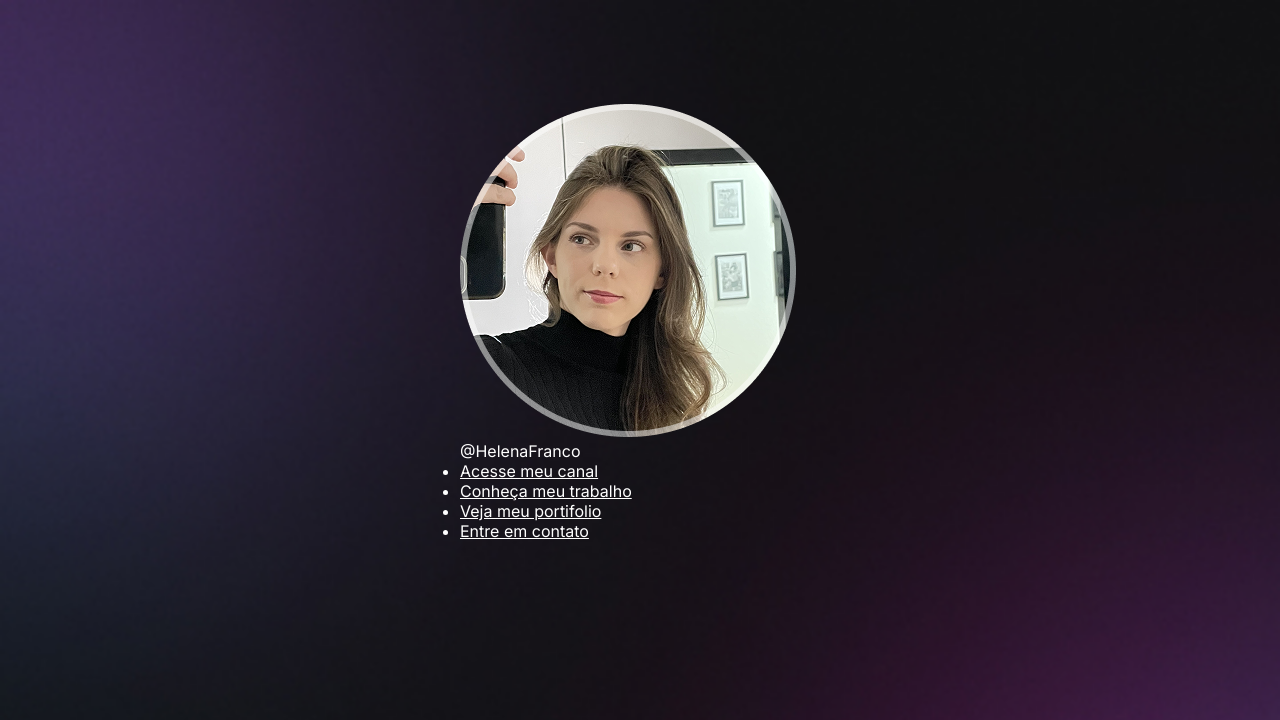
Repository: Fr4nc021/Pagina-de-links-
Page: index.html
These files come from the project's save history. The page is drawn as it stood at one moment and after the next save; the edit follows.
The browser window is 1280 px wide. The pictures show the whole page.

Above is the page before, as saved 2025-02-07 17:31:18.

### index.html
<!DOCTYPE html>
<html lang="pt-br">
<head>
    <link rel="preconnect" href="https://fonts.googleapis.com">
    <link rel="preconnect" href="https://fonts.gstatic.com" crossorigin>
    <link href="https://fonts.googleapis.com/css2?family=Inter:ital,opsz,wght@0,14..32,100..900;1,14..32,100..900&display=swap" rel="stylesheet">
    <meta charset="UTF-8">
    <meta name="viewport" content="width=device-width, initial-scale=1.0">
    <title>DevLinks</title>
    <link rel="stylesheet" href="style.css">
</head>
<body>
    <div id="container">
    <div id="profile"></div>
    <img
        src="./assets/avatar.png"
        alt="Foto da Helena Franco sorrindo">
        <p>@HelenaFranco</p>
    <div>
        <ul>
            <li>
                <a href="#">Acesse meu canal</a>
            </li>
            <li>
                <a href="#">Conheça meu trabalho</a>
            </li>
            <li>
                <a href="#">Veja meu portifolio</a>
            </li>
            <li>
                <a href="#">Entre em contato</a>
            </li>
        </ul>
    </div>
    </div>
    </div>
</body>
</html>

### style.css
* {
    margin: 0%;
    padding: 0%;
    box-sizing: border-box;
}


body {
background: url(./assets/bg-mobile.jpg) no-repeat top center/cover;
}

body * {
        font-family: "Inter", sans-serif;
        color: #ffffff
      }

#container {
    width: 360px;
    margin: 56px auto 0px
}

#profile img {
    width: 112px;
    display: block;
    margin: auto;

}

#profile {
    text-align: center;
    padding: 24px;
}

#profile p {
    font-weight: 500;
    line-height: 24px;
    margin-top: 8px;
}

After the next save:
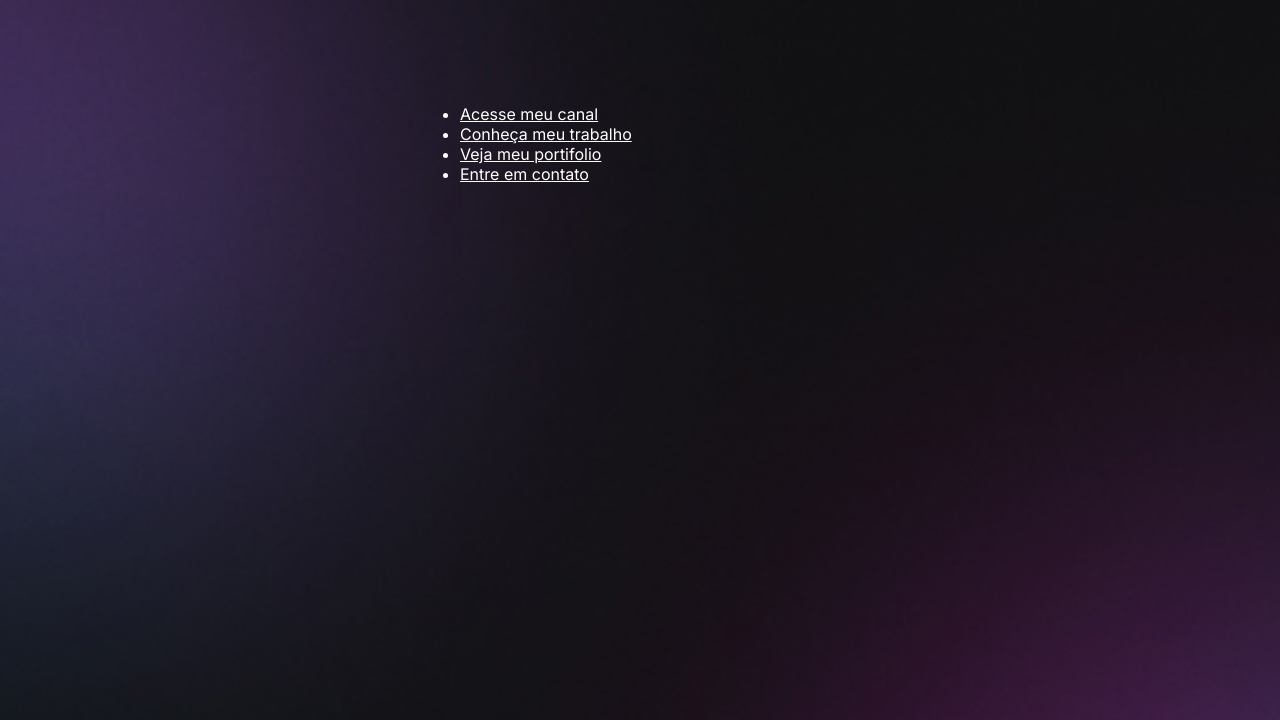
Saved 65 s later.
--- a/index.html
+++ b/index.html
@@ -12,10 +12,6 @@
 <body>
     <div id="container">
     <div id="profile"></div>
-    <img
-        src="./assets/avatar.png"
-        alt="Foto da Helena Franco sorrindo">
-        <p>@HelenaFranco</p>
     <div>
         <ul>
             <li>
